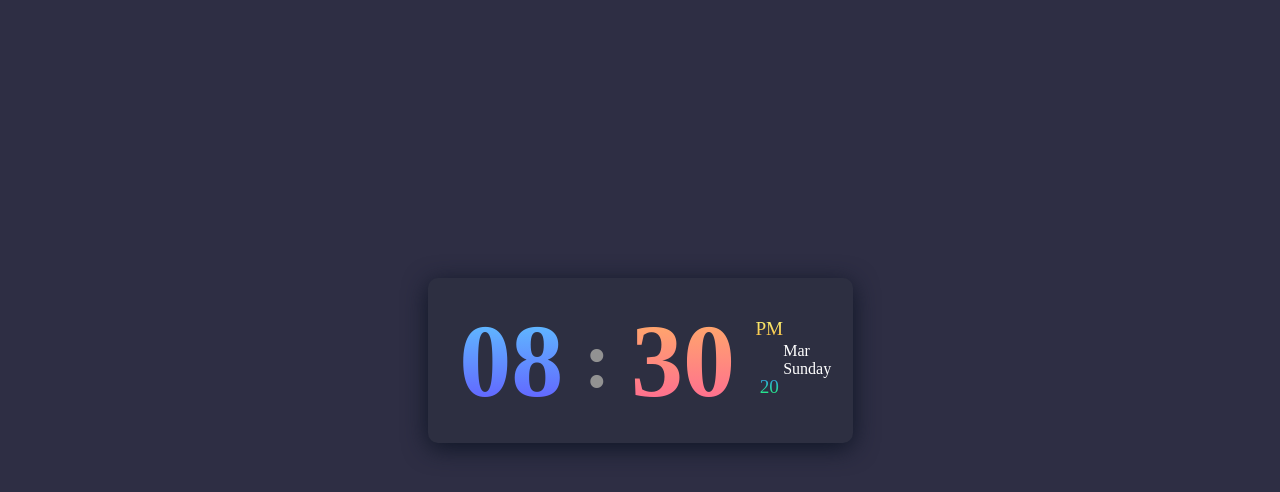
Repository: QUANGTHAI2003/digital-clock
Page: index.html
An editor plug-in stored every save of this project. The page is shown before and after the next save, followed by the edit.
The browser window is 1280 px wide. The pictures show the whole page.

Above is the page before, as saved 2022-03-26 20:06:07.

### index.html
<!DOCTYPE html>
<html lang="en">
    <head>
        <meta charset="UTF-8" />
        <meta http-equiv="X-UA-Compatible" content="IE=edge" />
        <meta name="viewport" content="width=device-width, initial-scale=1.0" />
        <title>Digital-Clock</title>
        <link rel="stylesheet" href="style.css" />
        <link rel="stylesheet" href="https://unicons.iconscout.com/release/v4.0.0/css/line.css" />
    </head>
    <body>
        <div class="digital-clock">
            <div class="time">
                <span class="hour">08</span>
                <span class="dots">:</span>
                <span class="minutes">30</span>
                <div class="right-side">
                    <span class="period">PM</span>
                    <span class="seconds">20</span>
                </div>
            </div>
            <div class="calendar">
                <span class="month-name">Mar</span>
                <span class="day-name">Sunday</span>
            </div>
        </div>
    </body>
</html>

### style.css
@import url('https://fonts.googleapis.com/css2?family=Poppins:ital,wght@0,100;0,200;0,300;0,400;0,500;0,600;0,700;0,800;0,900;1,100;1,200;1,300;1,400;1,500;1,600;1,700;1,800;1,900&display=swap');

* {
    margin: 0;
    padding: 0;
    box-sizing: border-box;
    font-family: 'Poppins'sans-serif;
}

body {
    min-height: 100vh;
    display: flex;
    justify-content: center;
    align-items: center;
    background: #2e2e44;
}

.digital-clock {
    position: relative;
    color: #fff;
    background: #2d2f41;
    width: 425px;
    padding: 20px 45px;
    box-shadow: 0 5px 25px rgba(14, 21, 37, 08);
    border-radius: 10px;
    display: flex;
    justify-content: center;
    align-items: center;
}

.time {
    position: relative;
    display: flex;
    justify-content: center;
    align-items: center;
}

.hour,
.dots,
.minutes {
    display: flex;
    justify-content: center;
    align-items: center;
    font-weight: 600;
    padding: 0 10px;
    line-height: 125px;
}

.hour,
.minutes {
    font-size: 6.5em;
    width: 125px;
}

.dots {
    font-size: 5em;
    color: #929292;
}

.hour {
    background: -webkit-linear-gradient(90deg, #634dff, #5fd4ff);
    -webkit-text-fill-color: transparent;
    -webkit-background-clip: text;
}

.minutes {
    background: -webkit-linear-gradient(90deg, #ff5e9a, #ffb960);
    -webkit-text-fill-color: transparent;
    -webkit-background-clip: text;
}

.right-side {
    position: relative;
    display: flex;
    justify-content: center;
    align-items: center;
    flex-direction: column;
    margin-left: 10px;
}

.period,
.seconds {
    font-size: 1.2em;
    font-weight: 500;
}

.period {
    transform: translateY(-20px);
    background: -webkit-linear-gradient(90deg, #f7b63f, #faf879);
    -webkit-text-fill-color: transparent;
    -webkit-background-clip: text;
}

.seconds {
    transform: translateY(16px);
    background: -webkit-linear-gradient(90deg, #24ff6d, #2f93f1);
    -webkit-text-fill-color: transparent;
    -webkit-background-clip: text;
}

After the next save:
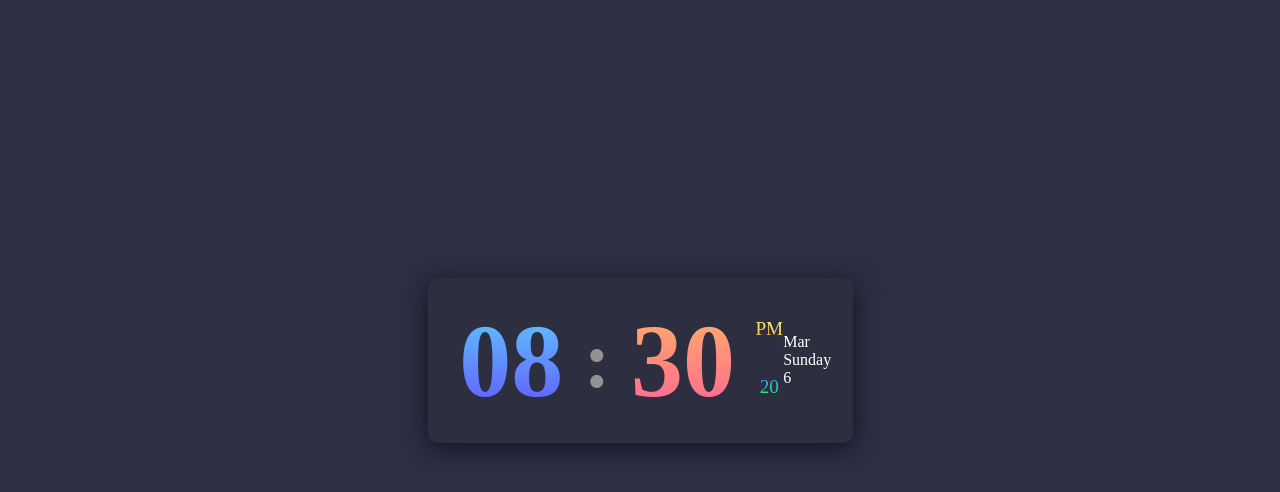
Saved 26 s later.
--- a/index.html
+++ b/index.html
@@ -22,6 +22,7 @@
             <div class="calendar">
                 <span class="month-name">Mar</span>
                 <span class="day-name">Sunday</span>
+                <span class="day-number">6</span>
             </div>
         </div>
     </body>
